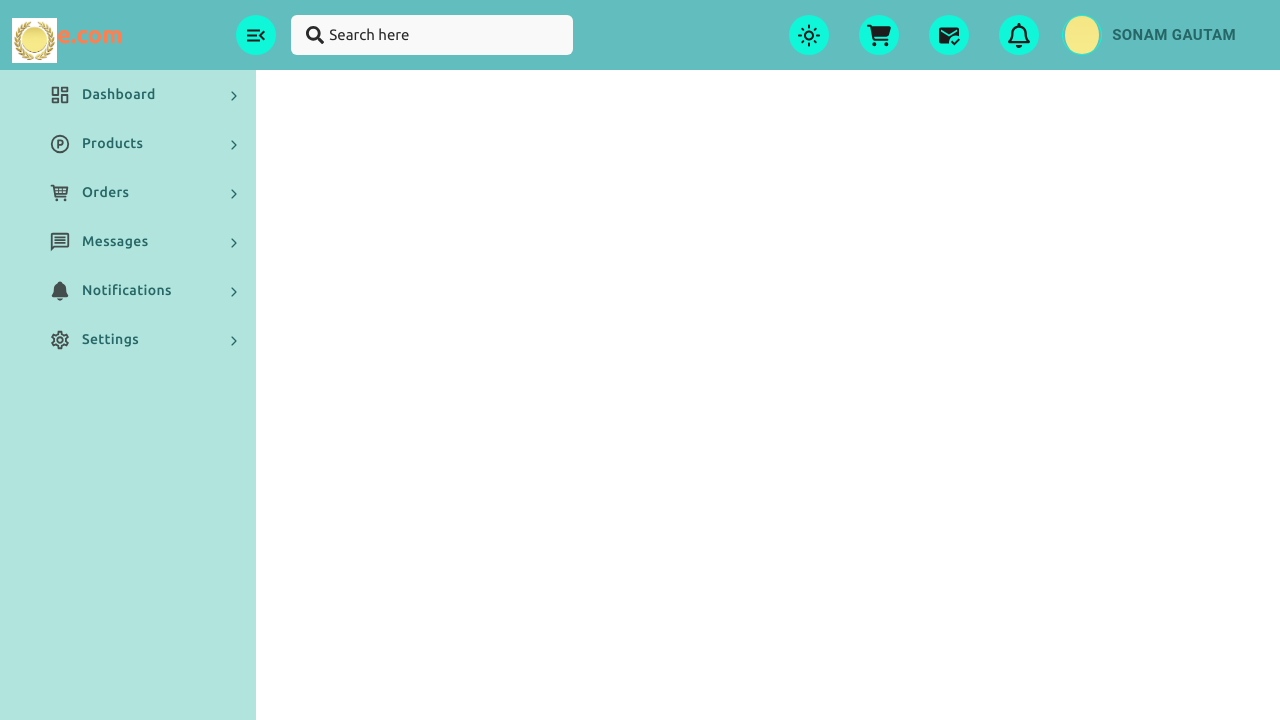
Repository: gautamsonam011/admin-react-dashboard
Page: /
An editor plug-in stored every save of this project. The page is shown before and after the next save, followed by the edit.
The browser window is 1280 px wide. The pictures show the whole page.
The project was rebuilt for these pictures with package versions that can differ from the ones it lists, and the page was loaded fresh each time.

Above is the page before, as saved 2025-04-15 15:10:20.

### src/App.js
import { BrowserRouter, Routes, Route } from 'react-router-dom';
import './App.css';
import 'bootstrap/dist/css/bootstrap.min.css';
import Dashboard from './pages/Dashboard/Dashboard';
import Header from "./components/Header/index";
import Sidebar from './components/Sidebar';

function App() {
  return (
    <BrowserRouter>
    <Header/>
    <div className='main d-flex'>
      <div className='sidebarWrapper'>
        <Sidebar/>
      </div>
    </div>
    <div className='content'>
    <Routes>
      <Route path = "/" exact={true} element={<Dashboard/>} />
    </Routes>
    </div>

    </BrowserRouter>
  );
}

export default App;

### src/App.css
@import url('https://fonts.googleapis.com/css2?family=Ubuntu:ital,wght@0,300;0,400;0,500;0,700;1,300;1,400;1,500;1,700&display=swap');

body{
  font-family: "Ubuntu", sans-serif !important;
  background-color: #f4f8f7;

}

header{
  width:100%;
  height: 70px;
  background-color:#62bebe;
  position: fixed;
  top:0px;
  left:0px;
  z-index: 1000;
}
header .logo{
  text-decoration: none;
}
header .logo img{
  margin-top: 10px;
  width:45px;

}

header .logo span{
color: coral;
font-weight: bolder;
font-size: 24px;
}
header button.rounded-circle{min-width:40px !important; width:40px !important; height: 40px !important; background-color:#0ff7d8 !important; margin: 15px;}
header button.rounded-circle svg{color:rgb(29, 27, 27); font-size: 25px !important; transition: all 0.2s ease-in-out;}
header button.rounded-circle:hover svg{color: #2585d4 !important;}
.searchBox{width:400px; height: 40px; background-color:#faf9f9; border-radius: 6px;padding: 3px 15px;}
.searchBox input{background: transparent;border:0px; outline:none; padding-left: 5px; font-size: 15px; color:#292929}
.searchBox input::-webkit-input-placeholder{color:#292929}
.searchBox svg{font-size: 18px; color:#292929 ;}

.userImg{display: flex; align-items:center; justify-content: center; overflow: hidden; width:40px; height: 40px; border:1px solid #0ff7d8; padding: 2px; border-radius: 100%;}
.userImg .rounded-circle{display: flex; align-items:center; justify-content: center; overflow: hidden; width: 40px; height: 40px; cursor: pointer; position: relative;}
.userImg .rounded-circle .img{object-fit: cover; width: 100%;}
.userInfo{padding-left: 10px;}
.userInfo h5{font-size: 15px; font-weight: 600; margin-bottom:0px; color: #266666;}

#account-menu li{font-size: 14px !important;}
#account-menu li svg{font-size: 20px !important}

.dropdown-info{padding-left: 6px;}
.dropdown-info h4{font-size: 15px; font-weight:600;margin-top: 2px; white-space: break-space; line-height: 21px;}
.dropdown-info p{font-size: 10px; color: #2585d4;}


/* Style for sidebar  */

.main .sidebarWrapper{width: 20%; flex: 0 0 20%; transition: all 0.3s ease-in-out;}
.main .sidebarWrapper .sidebar{width:20%; height: 100vh; position:fixed; top: 70px; left:0px; background:#b1e4dd;}

.main .sidebarWrapper .sidebar ul{margin-bottom:0px;}
.main .sidebarWrapper .sidebar ul li{list-style: none;}
.main .sidebarWrapper .sidebar ul li button{color:#266666; text-align: left; justify-content: left; border-radius:0px !important; padding: 12px 15px !important;
  align-items: center; text-transform: capitalize !important;font-family: "Ubuntu", sans-serif !important;
  margin-left: 0px;
}
.main .sidebarWrapper .sidebar ul li button .icon{display: flex; align-items:center; justify-content: center; width:25px; height:25px; margin-right: 10px;}
.main .sidebarWrapper .sidebar ul li button .icon svg{color:#292929; opacity: 0.8; font-size: 22px;}
.main .sidebarWrapper .sidebar ul li button .arrow{margin-left: auto;}

### src/pages/Dashboard/Dashboard.jsx
const Dashboard = () =>{
    return (
        <>
        <h1>Dashboard</h1>
        </>
    )
}

export default Dashboard;

### src/components/Header/index.jsx
import React, { useState } from 'react';
import { Link } from "react-router-dom";
import logo from "../../assests/images/logo.jpg";
import Button from '@mui/material/Button';
import { MdMenuOpen } from "react-icons/md";
// import { MdOutlineMenu } from "react-icons/md";
import SearchBox from "../SearchBox";
import { MdOutlineLightMode } from "react-icons/md";
// import { MdDarkMode } from "react-icons/md";
import { FaCartShopping } from "react-icons/fa6";
import { MdMarkEmailRead } from "react-icons/md";
import { FaRegBell } from "react-icons/fa";


import Avatar from '@mui/material/Avatar';
import Menu from '@mui/material/Menu';
import MenuItem from '@mui/material/MenuItem';
import ListItemIcon from '@mui/material/ListItemIcon';
import Divider from '@mui/material/Divider';
import { FaShieldAlt } from "react-icons/fa";
import Settings from '@mui/icons-material/Settings';
import Logout from '@mui/icons-material/Logout';

const Header = () => {
    const [anchorEl, setAnchorEl] = useState(null);
    const [anchorElNotification, setAnchorElNotification] = useState(null);

    const open = Boolean(anchorEl);

    const handleOpenMyAccountDropdown = (event) => {
        if (anchorEl) {
            setAnchorEl(null);
        } else {
            setAnchorEl(event.currentTarget);
        }
    };

    const handleOpenMyAccountDropdownClose = () => {
        setAnchorEl(null);
    };

    // For Notification dropdown
    const handleOpennotificationsDrop = (event) => {
        setAnchorElNotification(event.currentTarget);
    };

    const handleClosenotificationsDrop = () => {
        setAnchorElNotification(null);
    };



    return (
        <>
            <header>
                <div className="container-fluid">
                    <div className="row d-flex align-items-center w-100">
                        {/* logo */}
                        <div className="col-sm-2">
                            <Link to="/" className="d-flex align-items-center logo">
                                <img src={logo} alt="logo" />
                                <span className="ml-2">e.com</span>
                            </Link>
                        </div>
                        <div className="col-sm-3 d-flex align-items-center pl-4">
                            <Button className="rounded-circle"><MdMenuOpen /></Button>
                            <SearchBox />
                        </div>
                        <div className="col-sm-7 d-flex align-items-center justify-content-end part3">
                            <Button className="rounded-circle"><MdOutlineLightMode /></Button>
                            <Button className="rounded-circle"><FaCartShopping /></Button>
                            <Button className="rounded-circle"><MdMarkEmailRead /></Button>
                            <Button className="rounded-circle" onClick={handleOpennotificationsDrop}>
                                <FaRegBell />
                            </Button>
                            <Menu
                                anchorEl={anchorElNotification}
                                open={Boolean(anchorElNotification)}
                                onClose={handleClosenotificationsDrop}
                                onClick={handleClosenotificationsDrop}
                                slotProps={{
                                    paper: {
                                        elevation: 0,
                                        sx: {
                                            overflow: 'visible',
                                            filter: 'drop-shadow(0px 2px 8px rgba(0,0,0,0.32))',
                                            mt: 1.5,
                                            '&::before': {
                                                content: '""',
                                                display: 'block',
                                                position: 'absolute',
                                                top: 0,
                                                right: 14,
                                                width: 10,
                                                height: 10,
                                                bgcolor: 'background.paper',
                                                transform: 'translateY(-50%) rotate(45deg)',
                                                zIndex: 0,
                                            },
                                        },
                                    },
                                }}
                                transformOrigin={{ horizontal: 'right', vertical: 'top' }}
                                anchorOrigin={{ horizontal: 'right', vertical: 'bottom' }}
                            >
                                <MenuItem onClick={handleClosenotificationsDrop}>
                                    Orders(12)
                                </MenuItem>
                                <Divider className="mb-2" />
                                <MenuItem onClick={handleClosenotificationsDrop}>
                                    <div className="d-flex align-items-center dropdown-list">

                                        <div className="userImg">
                                        <span className="rounded-circle">
                                            <img src={logo} alt="profile" />
                                        </span>

                                    </div>
                                    <div className='dropdown-info'>
                                        <h4><b>Sona</b> added Leather New Shoes</h4>
                                        <p>Few minutes ago</p>
                                    </div>
                                    </div>

                                </MenuItem>
                                <MenuItem onClick={handleClosenotificationsDrop}>
                                    <div className="d-flex align-items-center dropdown-list">

                                        <div className="userImg">
                                        <span className="rounded-circle">
                                            <img src={logo} alt="profile" />
                                        </span>

                                    </div>
                                    <div className='dropdown-info'>
                                        <h4><b>Sona</b> added Leather New Shoes</h4>
                                        <p>Few minutes ago</p>
                                    </div>
                                    </div>

                                </MenuItem>
                            </Menu>

                            <div className="myAccountWrapper">
                                <Button className="myAccount d-flex align-items-center" onClick={handleOpenMyAccountDropdown}>
                                    <div className="userImg">
                                        <span className="rounded-circle">
                                            <img src={logo} alt="profile" />
                                        </span>

                                    </div>
                                    <div className="userInfo">
                                        <h5>Sonam Gautam</h5>
                                    </div>

                                    <Menu
                                        anchorEl={anchorEl}
                                        id="account-menu"
                                        open={open}
                                        onClose={handleOpenMyAccountDropdownClose}
                                        onClick={handleOpenMyAccountDropdownClose}
                                        slotProps={{
                                            paper: {
                                                elevation: 0,
                                                sx: {
                                                    overflow: 'visible',
                                                    filter: 'drop-shadow(0px 2px 8px rgba(0,0,0,0.32))',
                                                    mt: 1.5,
                                                    '& .MuiAvatar-root': {
                                                        width: 32,
                                                        height: 32,
                                                        ml: -0.5,
                                                        mr: 1,
                                                    },
                                                    '&::before': {
                                                        content: '""',
                                                        display: 'block',
                                                        position: 'absolute',
                                                        top: 0,
                                                        right: 14,
                                                        width: 10,
                                                        height: 10,
                                                        bgcolor: 'background.paper',
                                                        transform: 'translateY(-50%) rotate(45deg)',
                                                        zIndex: 0,
                                                    },
                                                },
                                            },
                                        }}
                                        transformOrigin={{ horizontal: 'right', vertical: 'top' }}
                                        anchorOrigin={{ horizontal: 'right', vertical: 'bottom' }}
                                    >
                                        <MenuItem onClick={handleOpenMyAccountDropdownClose}>
                                            <Avatar /> Profile
                                        </MenuItem>
                                        <Divider />
                                        <MenuItem onClick={handleOpenMyAccountDropdownClose}>
                                            <ListItemIcon>
                                                <FaShieldAlt fontSize="small" />
                                            </ListItemIcon>
                                            Reset Password
                                        </MenuItem>
                                        <MenuItem onClick={handleOpenMyAccountDropdownClose}>
                                            <ListItemIcon>
                                                <Settings fontSize="small" />
                                            </ListItemIcon>
                                            Settings
                                        </MenuItem>
                                        <MenuItem onClick={handleOpenMyAccountDropdownClose}>
                                            <ListItemIcon>
                                                <Logout fontSize="small" />
                                            </ListItemIcon>
                                            Logout
                                        </MenuItem>
                                    </Menu>
                                </Button>
                            </div>
                        </div>
                    </div>
                </div>
            </header>
        </>
    )
}

export default Header

### src/components/Sidebar/index.jsx
import Button from '@mui/material/Button';
import { RiDashboardLine } from "react-icons/ri";
import { IoIosArrowForward } from "react-icons/io";
import { TbBrandProducthunt } from "react-icons/tb";
import { TiShoppingCart } from "react-icons/ti";
import { MdOutlineMessage } from "react-icons/md";
import { IoNotifications } from "react-icons/io5";
import { MdOutlineSettings } from "react-icons/md";

const Sidebar = () =>{

    return(
        <div className="sidebar">
            <ul>
                <li>
                    <Button className="w-100">
                        <span className='icon'><RiDashboardLine/></span>
                        Dashboard
                        <span className="arrow"><IoIosArrowForward/></span>
                    </Button>
                </li>
                <li>
                    <Button className="w-100">
                        <span className='icon'><TbBrandProducthunt/></span>
                        Products
                        <span className="arrow"><IoIosArrowForward/></span>
                    </Button>
                </li>
                <li>
                    <Button className="w-100">
                        <span className='icon'><TiShoppingCart/></span>
                        Orders
                        <span className="arrow"><IoIosArrowForward/></span>
                    </Button>
                </li>
                <li>
                    <Button className="w-100">
                        <span className='icon'><MdOutlineMessage/></span>
                        Messages
                        <span className="arrow"><IoIosArrowForward/></span>
                    </Button>
                </li>
                <li>
                    <Button className="w-100">
                        <span className='icon'><IoNotifications/></span>
                        Notifications
                        <span className="arrow"><IoIosArrowForward/></span>
                    </Button>
                </li>
                <li>
                    <Button className="w-100">
                        <span className='icon'><MdOutlineSettings /></span>
                        Settings
                        <span className="arrow"><IoIosArrowForward/></span>
                    </Button>
                </li>
            </ul>
        </div>
    )
}

export default Sidebar

### src/components/SearchBox.jsx
import { FaSearch } from "react-icons/fa";

const SearchBox = () =>{
    return (
        <div className="searchBox position-relative d-flex align-items-center">
            <FaSearch className="mr-2" />
            <input type="text" placeholder="Search here"  />
        </div>
    )
}

export default SearchBox;

Loaded but not shown: public/index.html (common file); src/index.js (common file); src/reportWebVitals.js (common file)

After the next save:
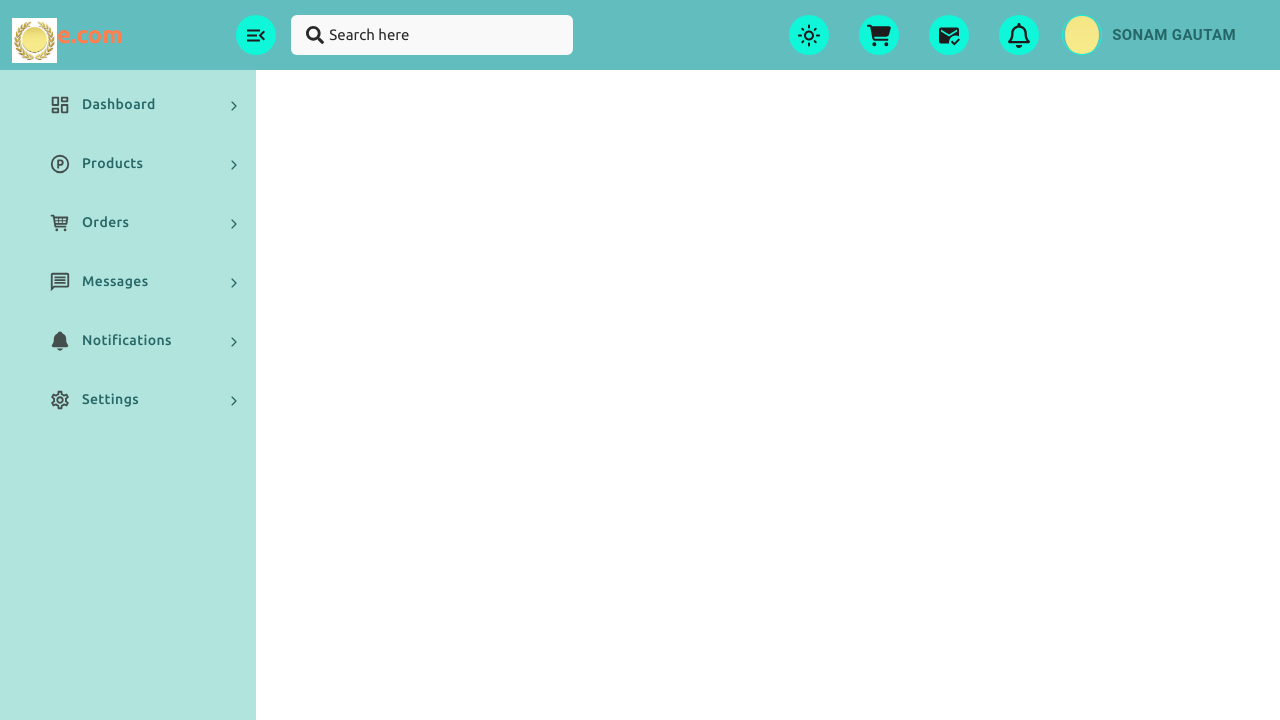
Saved 100 s later.
--- a/src/App.css
+++ b/src/App.css
@@ -57,7 +57,7 @@ header button.rounded-circle:hover svg{color: #2585d4 !important;}
 .main .sidebarWrapper .sidebar{width:20%; height: 100vh; position:fixed; top: 70px; left:0px; background:#b1e4dd;}
 
 .main .sidebarWrapper .sidebar ul{margin-bottom:0px;}
-.main .sidebarWrapper .sidebar ul li{list-style: none;}
+.main .sidebarWrapper .sidebar ul li{list-style: none; margin-top:10px;}
 .main .sidebarWrapper .sidebar ul li button{color:#266666; text-align: left; justify-content: left; border-radius:0px !important; padding: 12px 15px !important;
   align-items: center; text-transform: capitalize !important;font-family: "Ubuntu", sans-serif !important;
   margin-left: 0px;
